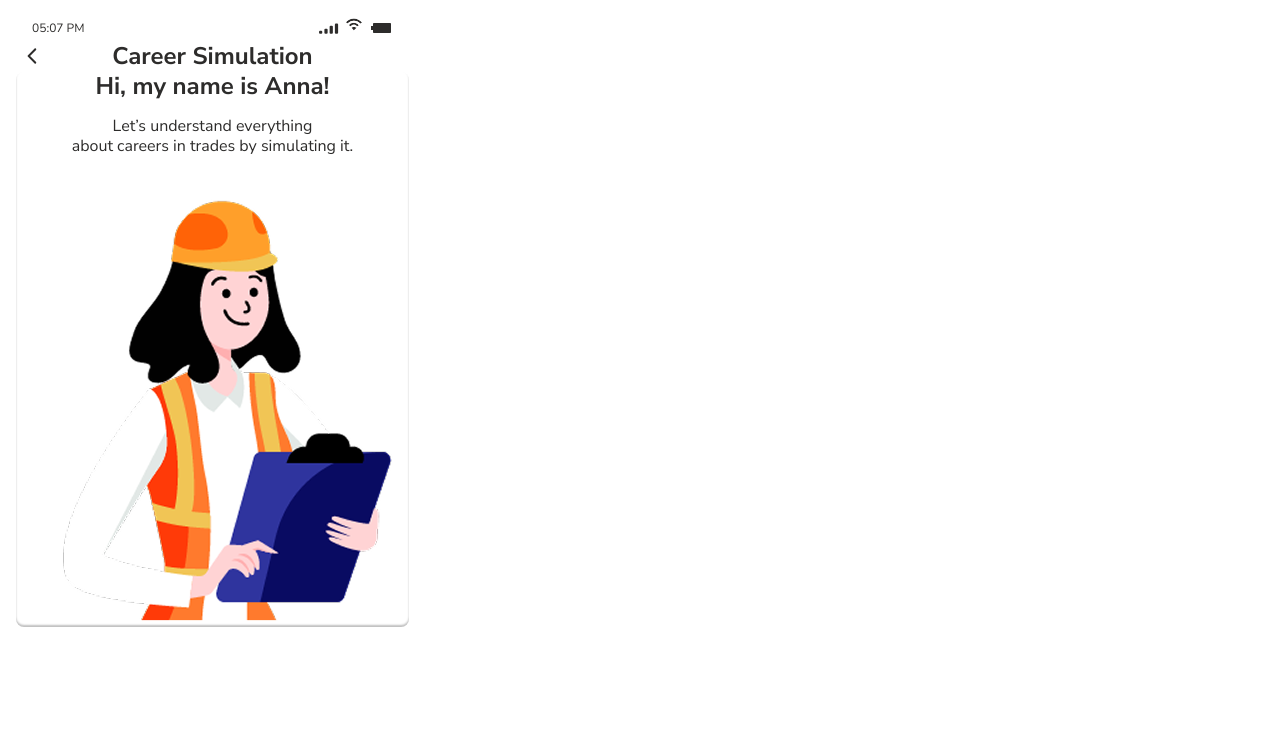
Repository: daniel-liu01/week10books
Page: /
The author's editor kept a copy of each file at every save. The page is drawn from the files as they stood at one save, then again after the next save.
The browser window is 1280 px wide. The pictures show the whole page.
The project was rebuilt for these pictures with package versions that can differ from the ones it lists, and the page was loaded fresh each time. Also part of the build but not shown: vite.config.js, vite.config.ts, src/App.css.

Above is the page before, as saved 2025-10-17 18:13:53.

After the next save:
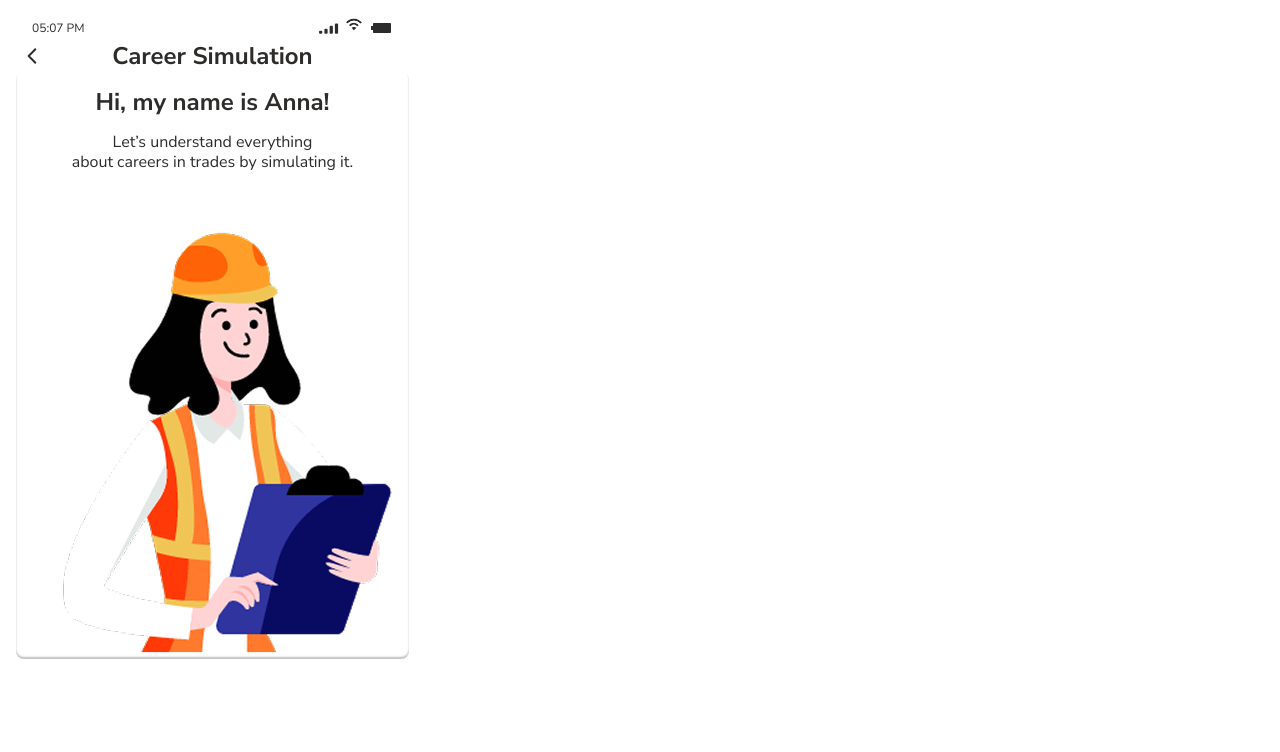
Saved 12 s later.
--- a/components/Card/Card.module.css
+++ b/components/Card/Card.module.css
@@ -16,6 +16,7 @@
     font-family: var(--font-family);
     color: var(--black-500);
     text-align: center;
+    padding: var(--space-regular);
 }
 
 .title {
